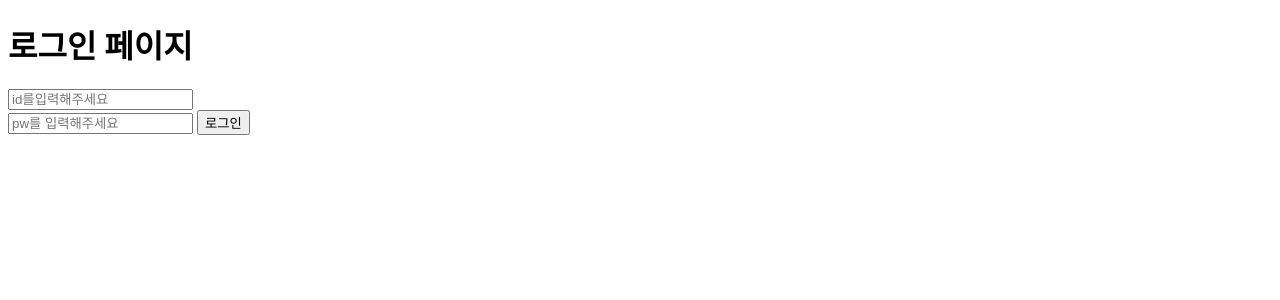
Repository: rmh6363/javastudy
Page: HelloWorld/WebContent/c.html
The author's editor kept a copy of each file at every save. The page is drawn from the files as they stood at one save, then again after the next save.
The browser window is 1280 px wide. The pictures show the whole page.

Above is the page before, as saved 2020-12-04 06:53:24.

### HelloWorld/WebContent/c.html
<!DOCTYPE html>
<html>
<head>
<meta charset="UTF-8">
<title>Insert title here</title>
</head>
<body>
<h1>로그인 페이지</h1>
<form action="http://www.naver.com" method="get">
<input type="text" placeholder="id를입력해주세요">
<br>
<input type="password" placeholder="pw를 입력해주세요">
<input type="submit" value="로그인">



</form>

</body>
</html>

After the next save:
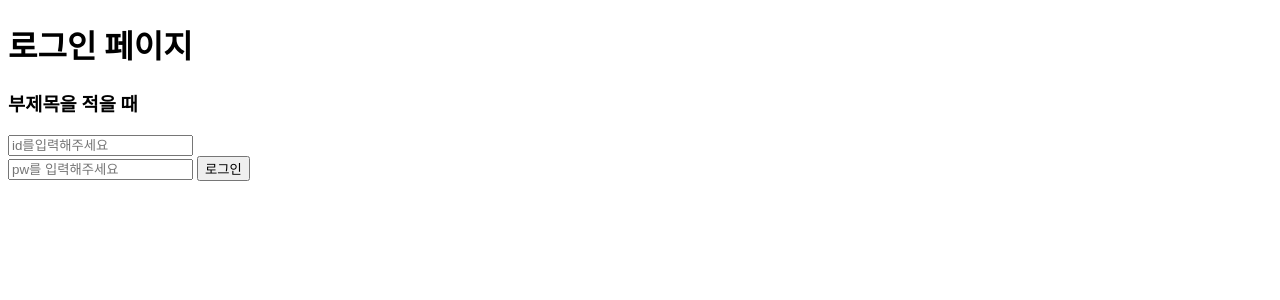
Saved 55 s later.
--- a/HelloWorld/WebContent/c.html
+++ b/HelloWorld/WebContent/c.html
@@ -6,6 +6,7 @@
 </head>
 <body>
 <h1>로그인 페이지</h1>
+<h3>부제목을 적을 때</h3>
 <form action="http://www.naver.com" method="get">
 <input type="text" placeholder="id를입력해주세요">
 <br>
